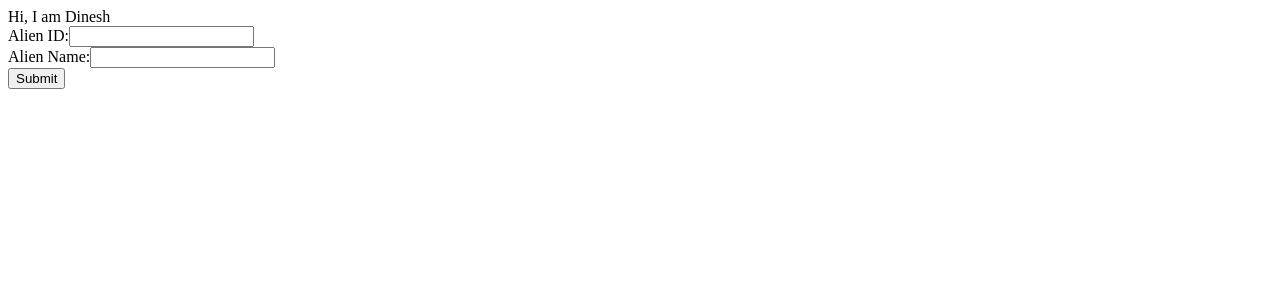
Repository: Dinesh333s/Spring_Projects
Page: http://localhost/SpringMVC/view/index.jsp
These files come from the project's save history. The page is drawn as it stood at one moment and after the next save; the edit follows.
The browser window is 1280 px wide. The pictures show the whole page.
The page is served by Tomcat 9.

Above is the page before, as saved 2022-11-14 17:01:58.

After the next save:
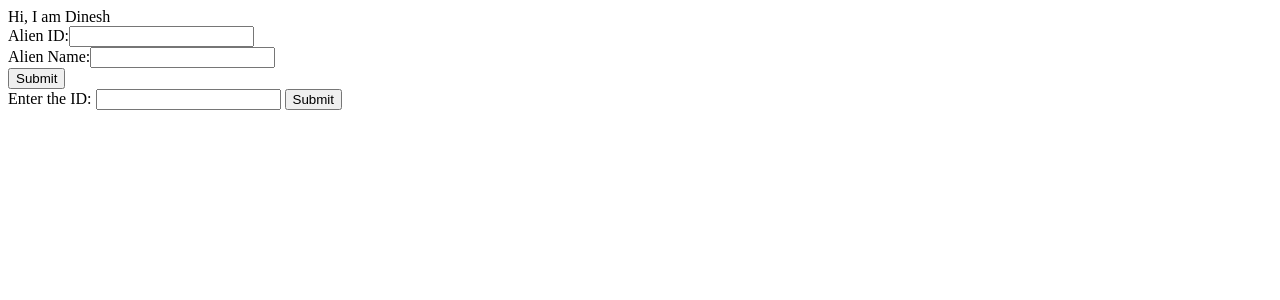
Saved 5 min 28 s later.
--- a/SpringMVC/src/main/Webapp/view/index.jsp
+++ b/SpringMVC/src/main/Webapp/view/index.jsp
@@ -16,7 +16,10 @@
     Enter Num 1:<input type="number" name="num1"> <br>
     Enter Num 2:<input type="number" name="num2" > <br>
     <input  type="submit"> --%>
-
+    <br>
+    <label>Enter the ID:</label>
+    <input type="text" name="aid">
+    <input type="submit">
 
   </form>
 </body>
